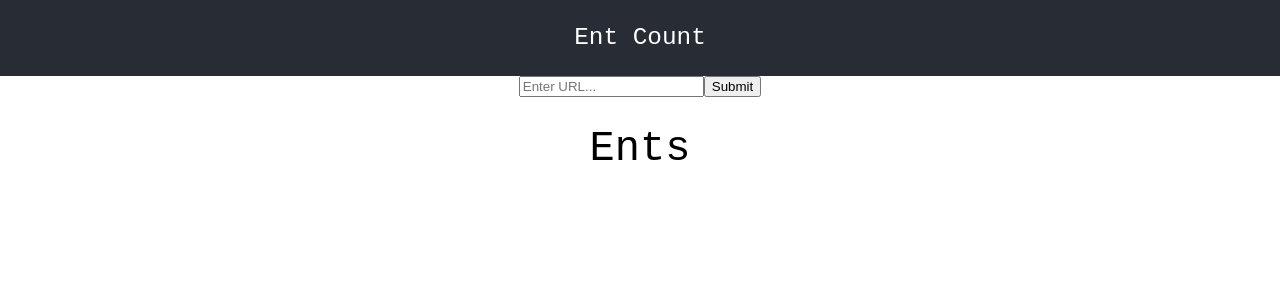
Repository: Maxyme/movie-review-frontend
Page: /
These files come from the project's save history. The page is drawn as it stood at one moment and after the next save; the edit follows.
The browser window is 1280 px wide. The pictures show the whole page.
The project was rebuilt for these pictures with package versions that can differ from the ones it lists, and the page was loaded fresh each time.

Above is the page before, as saved 2018-12-21 15:00:11.

After the next save:
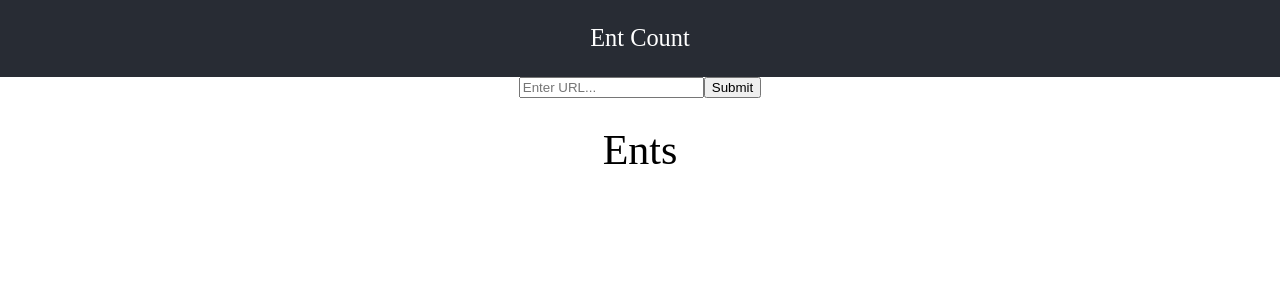
Saved 24 s later.
--- a/src/App.css
+++ b/src/App.css
@@ -15,7 +15,6 @@
 
 .App {
     text-align: center;
-    font-family: "Courier New", monospace;
     width: 100%;
 }
 
@@ -32,8 +31,6 @@ h1 {
 }
 
 .more {
-    font-size: 32px;
-    font-family: "Courier New", monospace;
     border: 2px solid #000;
     background-color: #fff;
     padding: 10px 25px;
